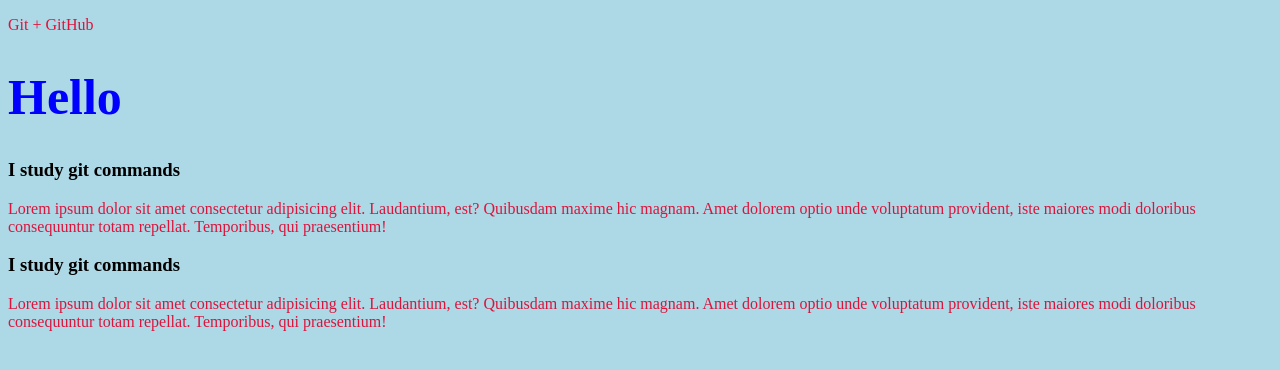
Repository: yshpishak/GitTest
Page: index.html
The author's editor kept a copy of each file at every save. The page is drawn from the files as they stood at one save, then again after the next save.
The browser window is 1280 px wide. The pictures show the whole page.

Above is the page before, as saved 2020-12-02 21:17:24.

After the next save:
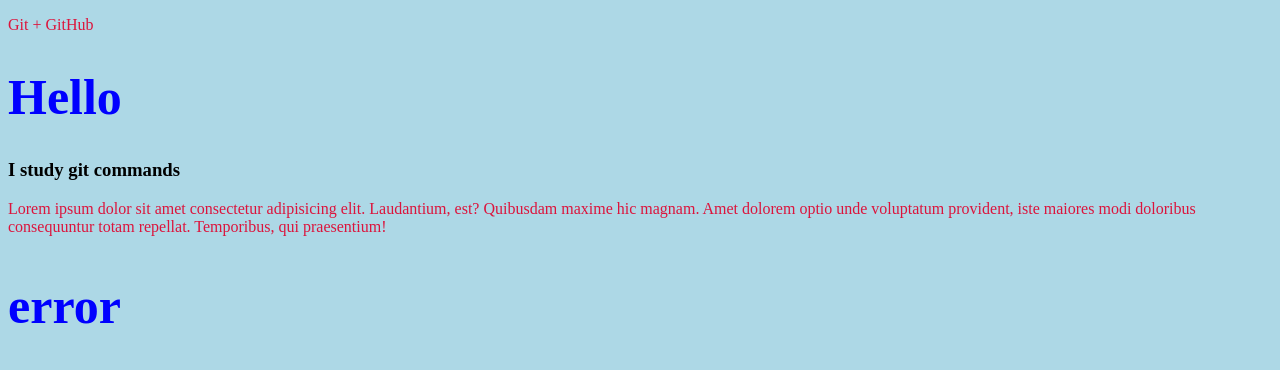
Saved 11 min 38 s later.
--- a/index.html
+++ b/index.html
@@ -9,9 +9,7 @@
     <p>Git + GitHub</p>
     <h1>Hello</h1>
     <h3>I study git commands</h3>
-    <p>Lorem ipsum dolor sit amet  consectetur adipisicing elit. Laudantium, est? Quibusdam maxime hic magnam. Amet dolorem optio unde voluptatum provident, iste maiores modi doloribus consequuntur totam repellat. Temporibus, qui praesentium!</p>
-    <h3>I study git commands</h3>
-    <p>Lorem ipsum dolor sit amet  consectetur adipisicing elit. Laudantium, est? Quibusdam maxime hic magnam. Amet dolorem optio unde voluptatum provident, iste maiores modi doloribus consequuntur totam repellat. Temporibus, qui praesentium!</p>
-
+    <p>Lorem ipsum dolor sit amet consectetur adipisicing elit. Laudantium, est? Quibusdam maxime hic magnam. Amet dolorem optio unde voluptatum provident, iste maiores modi doloribus consequuntur totam repellat. Temporibus, qui praesentium!</p>
+    <h2>error</h2>
 </body>
 </html>
